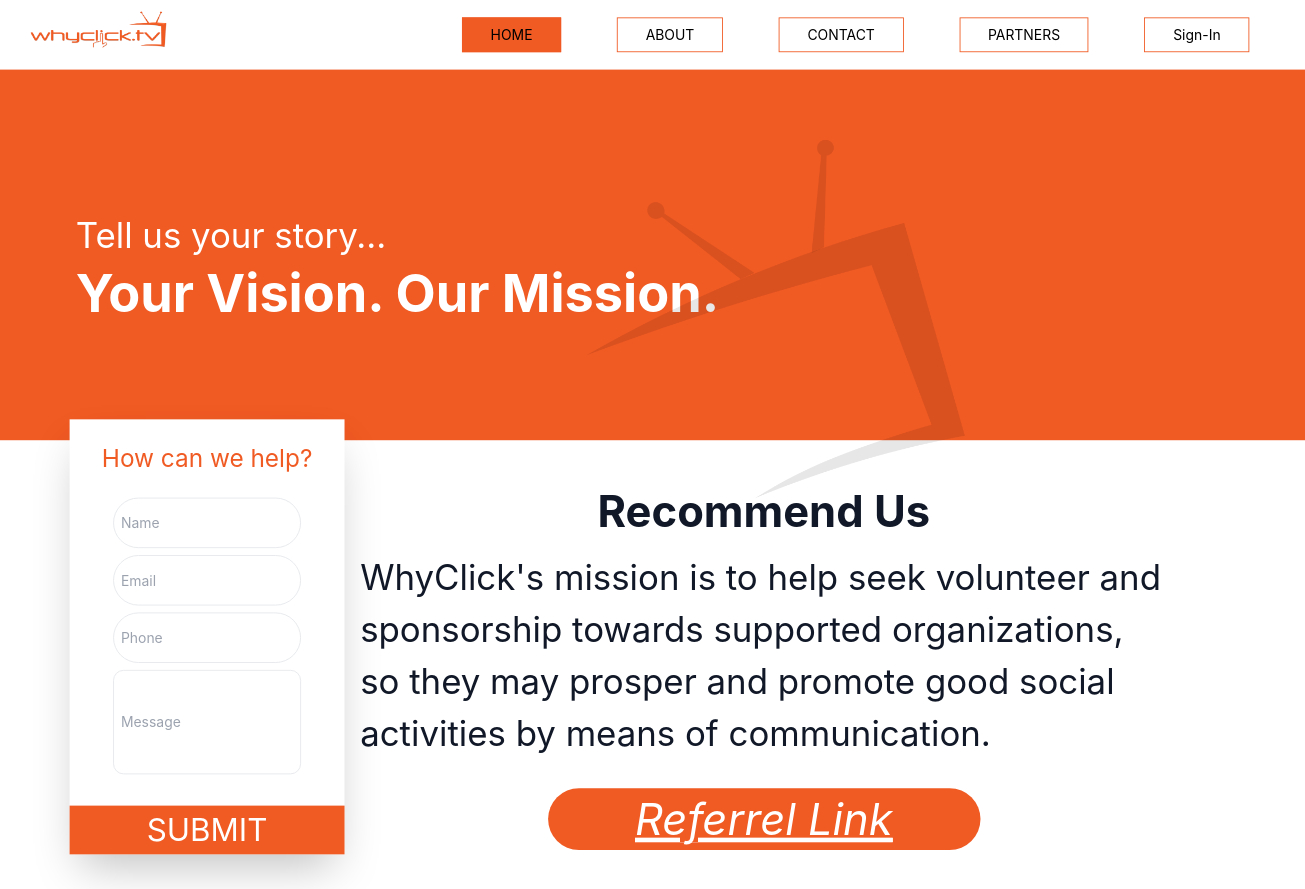
Repository: legenddev1202/whyclicktv
Page: /
The author's editor kept a copy of each file at every save. The page is drawn from the files as they stood at one save, then again after a run of saves.
The browser window is 1280 px wide. The page is 1500 px wide, so the pictures cover 1500 px, including what lies to the right of the window. The pictures show the whole page, at 87% of full size.
The project was rebuilt for these pictures with package versions that can differ from the ones it lists, and the page was loaded fresh each time. Also part of the build but not shown: src/App.css, src/pages/about.js, src/pages/contact.js, src/pages/partners.js, src/pages/referral.js.

Above is the page before, as saved 2022-04-18 22:42:17.

### public/index.html
<!DOCTYPE html>
<html lang="en">
  <head>
    <meta charset="utf-8" />
    <link rel="icon" href="%PUBLIC_URL%/favicon.ico" />
    <meta name="viewport" content="width=device-width, initial-scale=1" />
    <meta name="theme-color" content="#000000" />
    <meta name="description" content="why-click" />
    <link rel="apple-touch-icon" href="%PUBLIC_URL%/favicon.ico" />
    <!--
      manifest.json provides metadata used when your web app is installed on a
      user's mobile device or desktop. See https://developers.google.com/web/fundamentals/web-app-manifest/
    -->
    <link rel="manifest" href="%PUBLIC_URL%/manifest.json" />
    <!--
      Notice the use of %PUBLIC_URL% in the tags above.
      It will be replaced with the URL of the `public` folder during the build.
      Only files inside the `public` folder can be referenced from the HTML.

      Unlike "/favicon.ico" or "favicon.ico", "%PUBLIC_URL%/favicon.ico" will
      work correctly both with client-side routing and a non-root public URL.
      Learn how to configure a non-root public URL by running `npm run build`.
    -->
    <title>WhyClick.tv</title>
  </head>
  <body>
    <noscript>WhyClick.tv</noscript>
    <div id="root"></div>
    <!--
      This HTML file is a template.
      If you open it directly in the browser, you will see an empty page.

      You can add webfonts, meta tags, or analytics to this file.
      The build step will place the bundled scripts into the <body> tag.

      To begin the development, run `npm start` or `yarn start`.
      To create a production bundle, use `npm run build` or `yarn build`.
    -->
  </body>
</html>

### src/index.css
@tailwind base;
@tailwind components;
@tailwind utilities;

body {
  margin: 0;
  font-family: -apple-system, BlinkMacSystemFont, "Segoe UI", "Roboto", "Oxygen",
    "Ubuntu", "Cantarell", "Fira Sans", "Droid Sans", "Helvetica Neue",
    sans-serif;
  -webkit-font-smoothing: antialiased;
  -moz-osx-font-smoothing: grayscale;
  height: 100%;
  min-width: 1500px;
}

code {
  font-family: source-code-pro, Menlo, Monaco, Consolas, "Courier New",
    monospace;
}

input::placeholder {
  font-size: 50;
}

input::-moz-placeholder {
  font-size: 50;
}

input::-webkit-input-placeholder {
  font-size: 50;
}

### src/App.js
import { Routes, Route, Link } from "react-router-dom";
import "./App.css";
import Home from "./pages/home";
import About from "./pages/about";
import Contact from "./pages/contact";
import Partners from "./pages/partners";
import Referral from "./pages/referral";

function App() {
  return (
    <Routes>
      <Route path="/" element={<Home />} />
      <Route path="about" element={<About />} />
      <Route path="contact" element={<Contact />} />
      <Route path="partners" element={<Partners />} />
      <Route path="referrel" element={<Referral />} />
    </Routes>
  );
}

export default App;

### src/pages/home.js
import React from "react";
import { Routes, Route, Link } from "react-router-dom";

function Home() {
  return (
    <>
      <div className="bg-transparent w-full h-20 flex items-center px-8 justify-between">
        <div className="h-20">
          <img
            className="logo-icon h-full"
            src="assets/images/logos/logo.svg"
            alt="logo"
          />
        </div>
        <div className="">
          <button
            className="h-10 px-8 mx-8 border"
            style={{ borderColor: "#F05A23", backgroundColor: "#F05A23" }}
          >
            <Link to="/">HOME</Link>
          </button>
          <button
            className="h-10 px-8 mx-8 border"
            style={{ borderColor: "#F05A23" }}
          >
            <Link to="/about">ABOUT</Link>
          </button>
          <button
            className="h-10 px-8 mx-8 border"
            style={{ borderColor: "#F05A23" }}
          >
            <Link to="/contact">CONTACT</Link>
          </button>
          <button
            className="h-10 px-8 mx-8 border"
            style={{ borderColor: "#F05A23" }}
          >
            <Link to="/partners">PARTNERS</Link>
          </button>
          <button
            className="h-10 px-8 mx-8 border"
            style={{ borderColor: "#F05A23" }}
          >
            <Link to="/signin">Sign-In</Link>
          </button>
        </div>
      </div>
      <div className="h-full w-full">
        <div
          className="relative"
          style={{ backgroundColor: "#F05A23", height: "426px" }}
        >
          <img
            className="logo-icon h-full absolute -bottom-20"
            style={{ right: "387px" }}
            src="assets/images/logos/tv-logo.png"
            alt="logo"
          />
          <div style={{ padding: "145px 0 0 87px" }}>
            {/* <div className="text-lg text-white" style={{ fontSize: 40 }}>
              773-997-8872
            </div> */}
            <div className="text-lg text-white pt-8" style={{ fontSize: 40 }}>
              Tell us your story...
            </div>
            <div
              className="text-4xl font-bold text-white pt-8"
              style={{ fontSize: 60 }}
            >
              Your Vision. Our Mission.
            </div>
          </div>
        </div>
      </div>
      <div
        className="w-full p-8 pl-72 flex flex-col items-center justify-center relative"
        style={{ height: 516 }}
      >
        <div className="font-bold text-gray-900" style={{ fontSize: 50 }}>
          Recommend Us
        </div>
        <div
          className="text-2xl pt-2  text-gray-900"
          style={{ maxWidth: 928, fontSize: 40, lineHeight: 1.5 }}
        >
          WhyClick's mission is to help seek volunteer and sponsorship towards
          supported organizations, so they may prosper and promote good social
          activities by means of communication.
        </div>
        <button
          className="rounded-full italic p-2 px-20 text-white underline text-xl mt-8"
          style={{
            backgroundColor: "#F05A23",
            fontSize: 50,
            width: 497,
            height: 71,
          }}
        >
          <Link to="/referrel">Referrel Link</Link>
        </button>
        <div
          className="bg-white shadow-2xl absolute left-20 flex flex-col items-center"
          style={{ width: "316px", height: "500px", top: -24 }}
        >
          <div className="pt-6" style={{ color: "#F05A23", fontSize: 28 }}>
            How can we help?
          </div>
          <div style={{ marginTop: 24 }}>
            <input
              className="border rounded-full w-full h-12 px-2"
              style={{ width: 216, height: 58 }}
              placeholder="Name"
            ></input>
          </div>
          <div className="pt-2">
            <input
              className="border rounded-full w-full h-12 px-2"
              style={{ width: 216, height: 58 }}
              placeholder="Email"
            ></input>
          </div>
          <div className="pt-2">
            <input
              className="border rounded-full w-full h-12 px-2"
              style={{ width: 216, height: 58 }}
              placeholder="Phone"
            ></input>
          </div>
          <div className="pt-2">
            <input
              className="border rounded-xl w-full h-24 px-2"
              style={{ width: 216, height: 120 }}
              placeholder="Message"
            ></input>
          </div>
          <button
            className="w-full h-14 flex items-center justify-center text-white absolute bottom-0"
            style={{ backgroundColor: "#F05A23", fontSize: 36 }}
          >
            SUBMIT
          </button>
        </div>
      </div>
    </>
  );
}
export default Home;

Loaded but not shown: src/index.js (common file); src/reportWebVitals.js (common file); tailwind.config.js (common file)

After the next 2 saves:
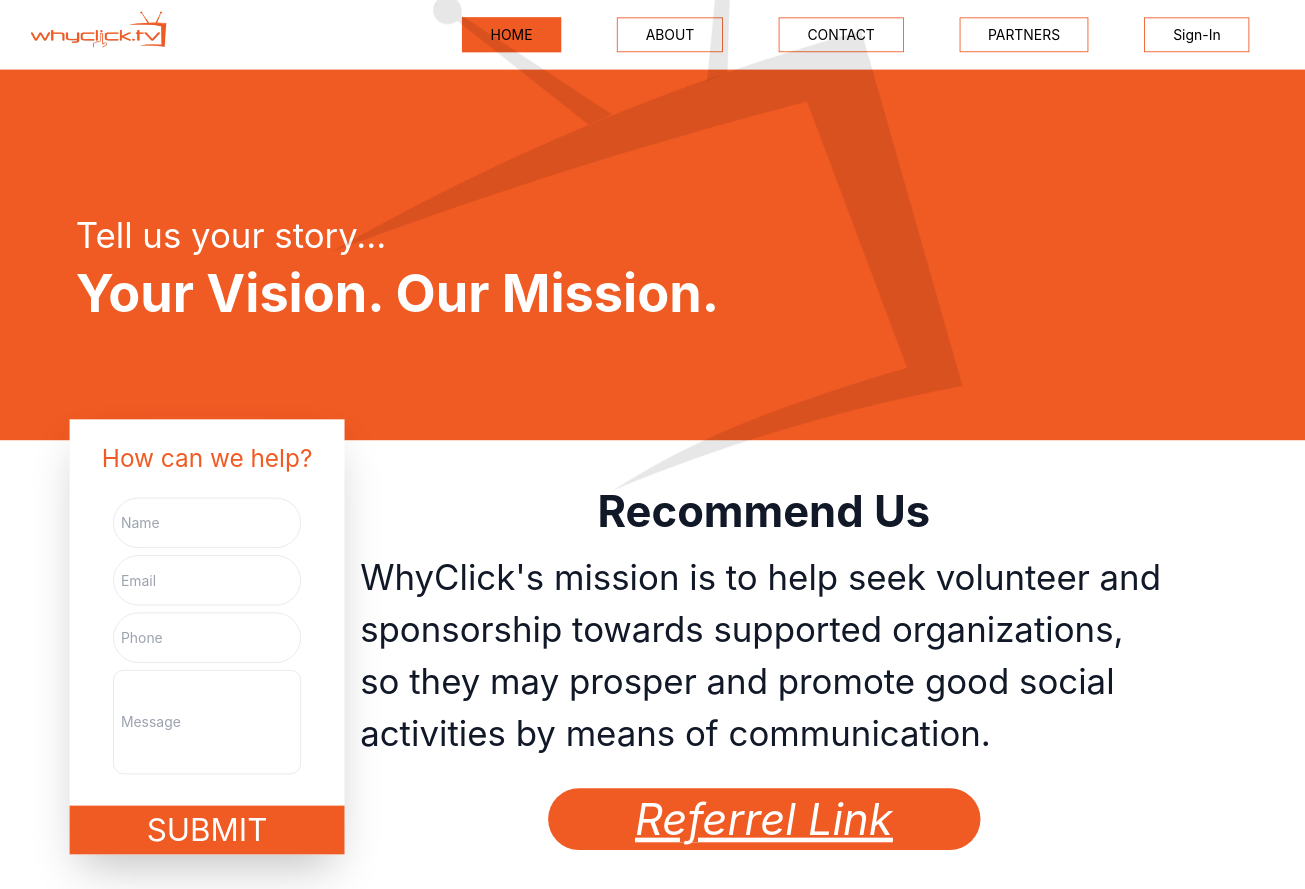
The 2 saves are shown as one change because they came seconds apart.
The last was saved 34 s later.
--- a/src/pages/home.js
+++ b/src/pages/home.js
@@ -51,8 +51,8 @@ function Home() {
           style={{ backgroundColor: "#F05A23", height: "426px" }}
         >
           <img
-            className="logo-icon h-full absolute -bottom-20"
-            style={{ right: "387px" }}
+            className="logo-icon absolute -bottom-20"
+            style={{ right: "387px", height: "713" }}
             src="assets/images/logos/tv-logo.png"
             alt="logo"
           />
